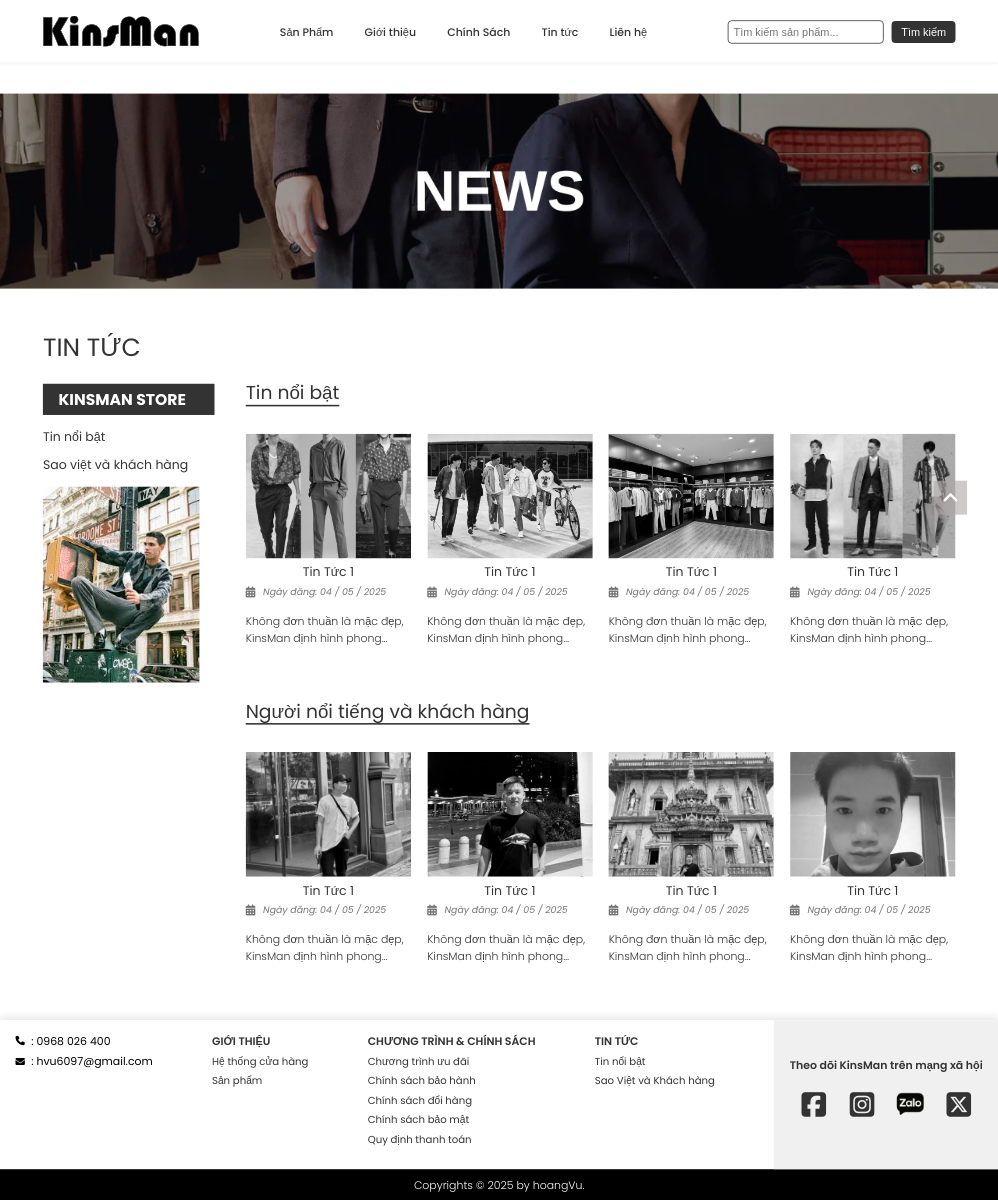
Repository: hoang28092000/kinsmanClothes
Page: category/news.html
An editor plug-in stored every save of this project. The page is shown before and after the next save, followed by the edit.
The browser window is 1280 px wide. The pictures show the whole page, at 78% of full size.

Above is the page before, as saved 2025-05-08 13:01:54.
Console error: TypeError: Cannot read properties of null (reading 'addEventListener')

### category/news.html
<!DOCTYPE html>
<html lang="en">
  <head>
    <meta charset="UTF-8" />
    <meta name="viewport" content="width=device-width, initial-scale=1.0" />
    <link rel="preconnect" href="https://fonts.googleapis.com" />
    <link rel="preconnect" href="https://fonts.gstatic.com" crossorigin />
    <link
      href="https://fonts.googleapis.com/css2?family=Poppins:ital,wght@0,100;0,200;0,300;0,400;0,500;0,600;0,700;0,800;0,900;1,100;1,200;1,300;1,400;1,500;1,600;1,700;1,800;1,900&display=swap"
      rel="stylesheet"
    />
    <link
      rel="stylesheet"
      href="https://cdnjs.cloudflare.com/ajax/libs/font-awesome/6.7.2/css/all.min.css"
      integrity="sha512-Evv84Mr4kqVGRNSgIGL/F/aIDqQb7xQ2vcrdIwxfjThSH8CSR7PBEakCr51Ck+w+/U6swU2Im1vVX0SVk9ABhg=="
      crossorigin="anonymous"
      referrerpolicy="no-referrer"
    />
    <link rel="stylesheet" href="../css/reset.css" />
    <link rel="stylesheet" href="../css/main.css" />
    <link rel="stylesheet" href="../css/product.css" />
    <title>KinsMan-Policy</title>
  </head>
  <body>
    <header class="header">
      <div class="container">
        <div class="content-header">
          <div class="logo">
            <a href="../index.html">
              <img
                src="../asset/logo/logo-kinsmann.svg"
                alt="KinsManClothes Logo"
              />
            </a>
          </div>
          <nav class="nav">
            <ul>
              <li><a href="./product.html">Sản Phẩm</a></li>
              <li><a href="./about-us.html">Giới thiệu</a></li>
              <li><a href="#">Chính Sách</a></li>
              <li><a href="./news.html">Tin tức</a></li>
              <li><a href="./contact.html">Liên hệ</a></li>
            </ul>
          </nav>
          <div class="search-box">
            <input type="text" placeholder="Tìm kiếm sản phẩm..." />
            <button type="submit">Tìm kiếm</button>
          </div>
        </div>
      </div>
    </header>

    <main class="main-news">
      <div class="banner-news">
        <img src="../asset/banner/banner-9.png" alt="" />
      </div>
      <div class="container">
        <h2 class="title-heading title-contact">TIN TỨC</h2>
        <div class="content-news">
          <div class="left">
            <h4>KINSMAN STORE</h4>
            <p>
              <a href="">Tin nổi bật</a>
            </p>
            <p>
              <a href="">Sao việt và khách hàng</a>
            </p>
            <div class="banner-left">
                <img src="../asset/image/md-1.jpg" alt="">

            </div>
          </div>
          <div class="right">
            <div class="body-news" id="">
              <h3 class="blog-heading">Tin nổi bật</h3>
              <div class="list-news">
                <article class="card-news">
                  <a href="">
                    <div class="img-news">
                        <img src="../asset/image/news-4.png" alt="" />
                    </div>
                    <h3 class="name-news"><a href="">
                        Tin Tức 1
                    </a></h3>
                  </a>
                  <div class="desc">
                    <div class="time-up">
                      <i class="fa-solid fa-calendar-days icon-time"></i>
                      <p class="desc-time">
                        Ngày đăng: 04 / 05 / 2025
                      </p>
                    </div>
                    <p class="desc_card-news">
                        Không đơn thuần là mặc đẹp, KinsMan định hình phong cách mới cho nam giới hiện đại: trẻ trung, khỏe khoắn và luôn sẵn sàng bứt phá. Từ áo thun basic đến sơ mi phối phá cách, mọi thiết kế đều hướng tới sự năng động trong từng chi tiết. Đặc biệt phù hợp với những chàng trai thích sự đơn giản nhưng vẫn “ăn điểm” trước đám đông.
                    </p>
                  </div>
                </article>
                <article class="card-news">
                  <a href="">
                    <div class="img-news">
                        <img src="../asset/image/news-2.webp" alt="" />
                    </div>
                    <h3 class="name-news"><a href="">
                        Tin Tức 1
                    </a></h3>
                  </a>
                  <div class="desc">
                    <div class="time-up">
                      <i class="fa-solid fa-calendar-days icon-time"></i>
                      <p class="desc-time">
                        Ngày đăng: 04 / 05 / 2025
                      </p>
                    </div>
                    <p class="desc_card-news">
                        Không đơn thuần là mặc đẹp, KinsMan định hình phong cách mới cho nam giới hiện đại: trẻ trung, khỏe khoắn và luôn sẵn sàng bứt phá. Từ áo thun basic đến sơ mi phối phá cách, mọi thiết kế đều hướng tới sự năng động trong từng chi tiết. Đặc biệt phù hợp với những chàng trai thích sự đơn giản nhưng vẫn “ăn điểm” trước đám đông.
                    </p>
                  </div>
                </article>
                <article class="card-news">
                  <a href="">
                    <div class="img-news">
                        <img src="../asset/image/news-3.jpg" alt="" />
                    </div>
                    <h3 class="name-news"><a href="">
                        Tin Tức 1
                    </a></h3>
                  </a>
                  <div class="desc">
                    <div class="time-up">
                      <i class="fa-solid fa-calendar-days icon-time"></i>
                      <p class="desc-time">
                        Ngày đăng: 04 / 05 / 2025
                      </p>
                    </div>
                    <p class="desc_card-news">
                        Không đơn thuần là mặc đẹp, KinsMan định hình phong cách mới cho nam giới hiện đại: trẻ trung, khỏe khoắn và luôn sẵn sàng bứt phá. Từ áo thun basic đến sơ mi phối phá cách, mọi thiết kế đều hướng tới sự năng động trong từng chi tiết. Đặc biệt phù hợp với những chàng trai thích sự đơn giản nhưng vẫn “ăn điểm” trước đám đông.
                    </p>
                  </div>
                </article>
                <article class="card-news">
                  <a href="">
                    <div class="img-news">
                        <img src="../asset/image/news-1.jpeg" alt="" />
                    </div>
                    <h3 class="name-news"><a href="">
                        Tin Tức 1
                    </a></h3>
                  </a>
                  <div class="desc">
                    <div class="time-up">
                      <i class="fa-solid fa-calendar-days icon-time"></i>
                      <p class="desc-time">
                        Ngày đăng: 04 / 05 / 2025
                      </p>
                    </div>
                    <p class="desc_card-news">
                        Không đơn thuần là mặc đẹp, KinsMan định hình phong cách mới cho nam giới hiện đại: trẻ trung, khỏe khoắn và luôn sẵn sàng bứt phá. Từ áo thun basic đến sơ mi phối phá cách, mọi thiết kế đều hướng tới sự năng động trong từng chi tiết. Đặc biệt phù hợp với những chàng trai thích sự đơn giản nhưng vẫn “ăn điểm” trước đám đông.
                    </p>
                  </div>
                </article>


              </div>
            </div>
            <div class="body-news" id="list-human">
              <h3 class="blog-heading">Người nổi tiếng và khách hàng</h3>
              <div class="list-news">
                <article class="card-news">
                  <a href="">
                    <div class="img-news">
                        <img src="../asset/image/celep-1.jpg" alt="" />
                    </div>
                    <h3 class="name-news"><a href="">
                        Tin Tức 1
                    </a></h3>
                  </a>
                  <div class="desc">
                    <div class="time-up">
                      <i class="fa-solid fa-calendar-days icon-time"></i>
                      <p class="desc-time">
                        Ngày đăng: 04 / 05 / 2025
                      </p>
                    </div>
                    <p class="desc_card-news">
                        Không đơn thuần là mặc đẹp, KinsMan định hình phong cách mới cho nam giới hiện đại: trẻ trung, khỏe khoắn và luôn sẵn sàng bứt phá. Từ áo thun basic đến sơ mi phối phá cách, mọi thiết kế đều hướng tới sự năng động trong từng chi tiết. Đặc biệt phù hợp với những chàng trai thích sự đơn giản nhưng vẫn “ăn điểm” trước đám đông.
                    </p>
                  </div>
                </article>
                <article class="card-news">
                  <a href="">
                    <div class="img-news">
                        <img src="../asset/image/celep-3.jpg" alt="" />
                    </div>
                    <h3 class="name-news"><a href="">
                        Tin Tức 1
                    </a></h3>
                  </a>
                  <div class="desc">
                    <div class="time-up">
                      <i class="fa-solid fa-calendar-days icon-time"></i>
                      <p class="desc-time">
                        Ngày đăng: 04 / 05 / 2025
                      </p>
                    </div>
                    <p class="desc_card-news">
                        Không đơn thuần là mặc đẹp, KinsMan định hình phong cách mới cho nam giới hiện đại: trẻ trung, khỏe khoắn và luôn sẵn sàng bứt phá. Từ áo thun basic đến sơ mi phối phá cách, mọi thiết kế đều hướng tới sự năng động trong từng chi tiết. Đặc biệt phù hợp với những chàng trai thích sự đơn giản nhưng vẫn “ăn điểm” trước đám đông.
                    </p>
                  </div>
                </article>
                <article class="card-news">
                  <a href="">
                    <div class="img-news">
                        <img src="../asset/image/celep-5.jpg" alt="" />
                    </div>
                    <h3 class="name-news"><a href="">
                        Tin Tức 1
                    </a></h3>
                  </a>
                  <div class="desc">
                    <div class="time-up">
                      <i class="fa-solid fa-calendar-days icon-time"></i>
                      <p class="desc-time">
                        Ngày đăng: 04 / 05 / 2025
                      </p>
                    </div>
                    <p class="desc_card-news">
                        Không đơn thuần là mặc đẹp, KinsMan định hình phong cách mới cho nam giới hiện đại: trẻ trung, khỏe khoắn và luôn sẵn sàng bứt phá. Từ áo thun basic đến sơ mi phối phá cách, mọi thiết kế đều hướng tới sự năng động trong từng chi tiết. Đặc biệt phù hợp với những chàng trai thích sự đơn giản nhưng vẫn “ăn điểm” trước đám đông.
                    </p>
                  </div>
                </article>
                <article class="card-news">
                  <a href="">
                    <div class="img-news">
                        <img src="../asset/image/celep-7.jpg" alt="" />
                    </div>
                    <h3 class="name-news"><a href="">
                        Tin Tức 1
                    </a></h3>
                  </a>
                  <div class="desc">
                    <div class="time-up">
                      <i class="fa-solid fa-calendar-days icon-time"></i>
                      <p class="desc-time">
                        Ngày đăng: 04 / 05 / 2025
                      </p>
                    </div>
                    <p class="desc_card-news">
                        Không đơn thuần là mặc đẹp, KinsMan định hình phong cách mới cho nam giới hiện đại: trẻ trung, khỏe khoắn và luôn sẵn sàng bứt phá. Từ áo thun basic đến sơ mi phối phá cách, mọi thiết kế đều hướng tới sự năng động trong từng chi tiết. Đặc biệt phù hợp với những chàng trai thích sự đơn giản nhưng vẫn “ăn điểm” trước đám đông.
                    </p>
                  </div>
                </article>


              </div>
            </div>
          </div>
        </div>
      </div>
    </main>
    <footer class="footer">
      <div class="content-footer">
        <ul class="info-footer">
          <li class="contact-footer">
            <i class="fa-solid fa-phone icon-footer"></i>
            <p>: 0968 026 400</p>
          </li>
          <li class="contact-footer">
            <i class="fa-solid fa-envelope icon-footer"></i>
            <p>: hvu6097@gmail.com</p>
          </li>
        </ul>
        <ul class="info-footer">
          <li class="title-footer">GIỚI THIỆU</li>
          <li>
            <a href="./about-us.html"> Hệ thống cửa hàng </a>
          </li>
          <li>
            <a href="#"> Sản phẩm </a>
          </li>
        </ul>
        <ul class="info-footer">
          <li class="title-footer">CHƯƠNG TRÌNH & CHÍNH SÁCH</li>
          <li>
            <a href="./policy.html">Chương trình ưu đãi</a>
          </li>
          <li>
            <a href="./policy.html">Chính sách bảo hành</a>
          </li>
          <li>
            <a href="./policy.html">Chính sách đổi hàng</a>
          </li>
          <li>
            <a href="./policy.html">Chính sách bảo mật</a>
          </li>
          <li>
            <a href="./policy.html">Quy định thanh toán</a>
          </li>
        </ul>
        <ul class="info-footer">
          <li class="title-footer">TIN TỨC</li>
          <li>
            <a href="./news.html">Tin nổi bật</a>
          </li>
          <li>
            <a href="./news.html">Sao Việt và Khách hàng</a>
          </li>
        </ul>
        <ul class="footer-social">
          <li class="title-footer">Theo dõi KinsMan trên mạng xã hội</li>
          <li class="links-social">
            <a href="https://www.facebook.com/profile.php?id=100008725181742">
              <i class="fa-brands fa-square-facebook icon-social"></i>
            </a>
            <a href="https://www.instagram.com/hoagkins/"
              ><i class="fa-brands fa-square-instagram icon-social"></i
            ></a>
            <a href="zalo.me/0968026400"
              ><img
                src="../asset/icon/icon-zalo2.png"
                class="img-zalo"
                alt="ZALO"
            /></a>
            <a href="https://x.com/kinsman2809"
              ><i class="fa-brands fa-square-x-twitter icon-social"></i
            ></a>
          </li>
        </ul>
      </div>
      <div class="copy_right">
        <h3>Copyrights © 2025 by hoangVu.</h3>
      </div>
    </footer>

    <div class="up-page">
      <a href="#"><i class="fa-solid fa-angle-up icon-up"></i></a>
    </div>

    <script src="./js/main.js"></script>
  </body>
</html>

### css/product.css
.main-product {
  margin-top: 80px;
}
.banner-product {
  width: 100%;
  height: 250px;
}
.banner-product img {
  width: 100%;
  height: 100%;
}
.category-product {
  margin-bottom: 70px;
}

.list-product {
  display: flex;
  justify-content: space-between;
  align-items: center;
  gap: 30px;
}
.product-link {
  text-decoration: none;
}
.product-card {
  width: 288px;
}
.img-product {
  width: 100%;
  height: 290px;
  overflow: hidden;
}
.img-product img {
  width: 100%;
  height: 100%;
  transition: transform 0.3s ease;
}
.img-product img:hover {
  transform: scale(1.1);
}
.info-card {
  padding: 10px 20px;
}
.info-card h3 {
  text-align: center;
  font-size: 1.6rem;
  color: var(--text-color);
}
.price {
  font-size: 1.4rem;
  color: var(--primary-color);
  font-weight: 600;
  text-align: center;
  margin-top: 8px;
}
.more-product {
  width: 160px;
  height: 40px;
  display: flex;
  justify-content: center;
  align-items: center;
  margin: 30px auto 0;
  background-color: #333;
  color: #fff;
  text-decoration: none;
  font-size: 1.4rem;
  border: 1px solid #333;
  transition: all 0.7s ease;
  border-radius: 5px;
}
.more-product:hover {
  background-color: #fff;
  color: #333;
}
.banner-main_second {
  width: 100%;
  height: 250px;
}

.banner-main_second img {
  width: 100%;
  height: 100%;
}

/* main_about-us */
.main-news,
.main-contact,
.main-policy,
.main_about-us {
  margin-top: 120px;
}
.content-policy .passage,
.content_about-us .passage {
  margin-bottom: 32px;
}
.content-policy h3,
.content_about-us h3 {
  font-size: 1.8rem;
  font-weight: 500;
  color: var(--text-color);
  line-height: 1.76;
  margin-bottom: 12px;
}
.content-policy p,
.content_about-us p {
  font-size: 1.6rem;
  color: #333;
  line-height: 1.85;
  margin-bottom: 10px;
  text-align: justify;
}

.map {
  position: relative;
  width: 100%;
  height: 400px;
  margin-top: 40px;
}
.map a {
  text-decoration: none;
}
.map img {
  width: 100%;
  height: 100%;
  object-fit: cover;
}
.overlay-map {
  position: absolute;
  top: 0;
  bottom: 0;
  right: 0;
  left: 0;
  display: none;
  background-color: rgba(73, 71, 71, 0.4);
}
.overlay-map h3 {
  font-size: 2.8rem;
  color: #fff;
}

.map:hover .overlay-map {
  display: flex;
  justify-content: center;
  align-items: center;
}

/* policy */
.content-policy ul {
  padding-left: 30px;
  list-style-type: disc;
}
.content-policy li {
  font-size: 1.6rem;
  color: #333;
  margin-bottom: 16px;
}
/* contact */
.banner-contact {
  width: 100%;
  height: 250px;
}
.banner-contact img {
  width: 100%;
  height: 100%;
  object-fit: cover;
}
.content-contact {
  margin-top: 70px;
}
.info-contact {
  display: flex;
  justify-content: space-between;
  align-items: center;
  gap: 60px;
}
.info-contact .left,
.info-contact .right {
  width: 550px;
}
.info-contact .left {
  padding: 20px 0;
}
.item-contact {
  display: flex;
  align-items: center;
  gap: 10px;
  margin-bottom: 20px;
}
.item-contact:last-child {
  margin-bottom: 0;
}
.item-contact i {
  font-size: 1.6rem;
  color: #333;
}
.item-contact p {
  font-size: 1.6rem;
  font-weight: 300;
  color: #333;
}

.info-contact .right img {
  width: 100%;
}
.map-contact {
  height: 250px;
}
.title-contact {
  text-align: start;
  margin-bottom: 30px;
}

/* news */
.banner-news {
  width: 100%;
  height: 250px;
  margin-bottom: 60px;
}
.banner-news img {
  width: 100%;
  height: 100%;
  object-fit: cover;
}
.content-news {
  display: flex;
  justify-content: space-between;
}
.content-news .left {
  width: 220px;
}

.content-news .left h4 {
  width: 100%;
  font-size: 2rem;
  color: #fff;
  font-weight: 700;
  background-color: #333;
  padding: 10px 20px;
  margin-bottom: 20px;
}
.content-news .left p {
  margin-bottom: 20px;
}
.content-news .left a {
  text-decoration: none;
  font-size: 1.6rem;
  color: #333;
}
.content-news .left a:hover {
  text-decoration: underline;
}

.content-news .right {
  flex: 1;
  margin-left: 40px;
}
.blog-heading {
  font-size: 2.4rem;
  color: #333;
  text-decoration: underline;
  text-underline-offset: 7px;
  text-decoration-thickness: 2px;
  margin-bottom: 40px;
}
.list-news {
  display: grid;
  grid-template-columns: repeat(4, 212px);
  gap: 20px;
}
.list-news .card-news {
  width: 100%;
}

.list-news .img-news {
  width: 100%;
  height: 160px;
  overflow: hidden;
}
.list-news .img-news img {
  width: 100%;
  height: 100%;
  object-fit: cover;
  transition: transform 0.3s ease;
}
.list-news .img-news img:hover {
  transform: scale(1.1);
}
.name-news {
  text-align: center;
  padding: 10px;
}
.name-news a {
  font-size: 1.6rem;
  color: #333;
  text-decoration: none;
}

.name-news a:hover {
  color: var(--primary-color);
}
.time-up {
  display: flex;
  align-items: center;
  gap: 10px;
  margin-bottom: 20px;
}
.icon-time {
  font-size: 1.4rem;
  color: #757272;
}
.desc-time {
  font-style: italic;
  color: #757272;
  font-size: 1.2rem;
}
.desc_card-news {
  display: -webkit-box;
  -webkit-line-clamp: 2;
  -webkit-box-orient: vertical;
  overflow: hidden;
  text-overflow: ellipsis;
  font-size: 1.4rem;
  color: #333;
  font-weight: 300;
  line-height: 1.57;
}

#list-human{
  margin-top: 70px;
}

Loaded but not shown: css/reset.css (common file); js/main.js (19 lines, source omitted); css/main.css (480 lines, source omitted)

After the next save:
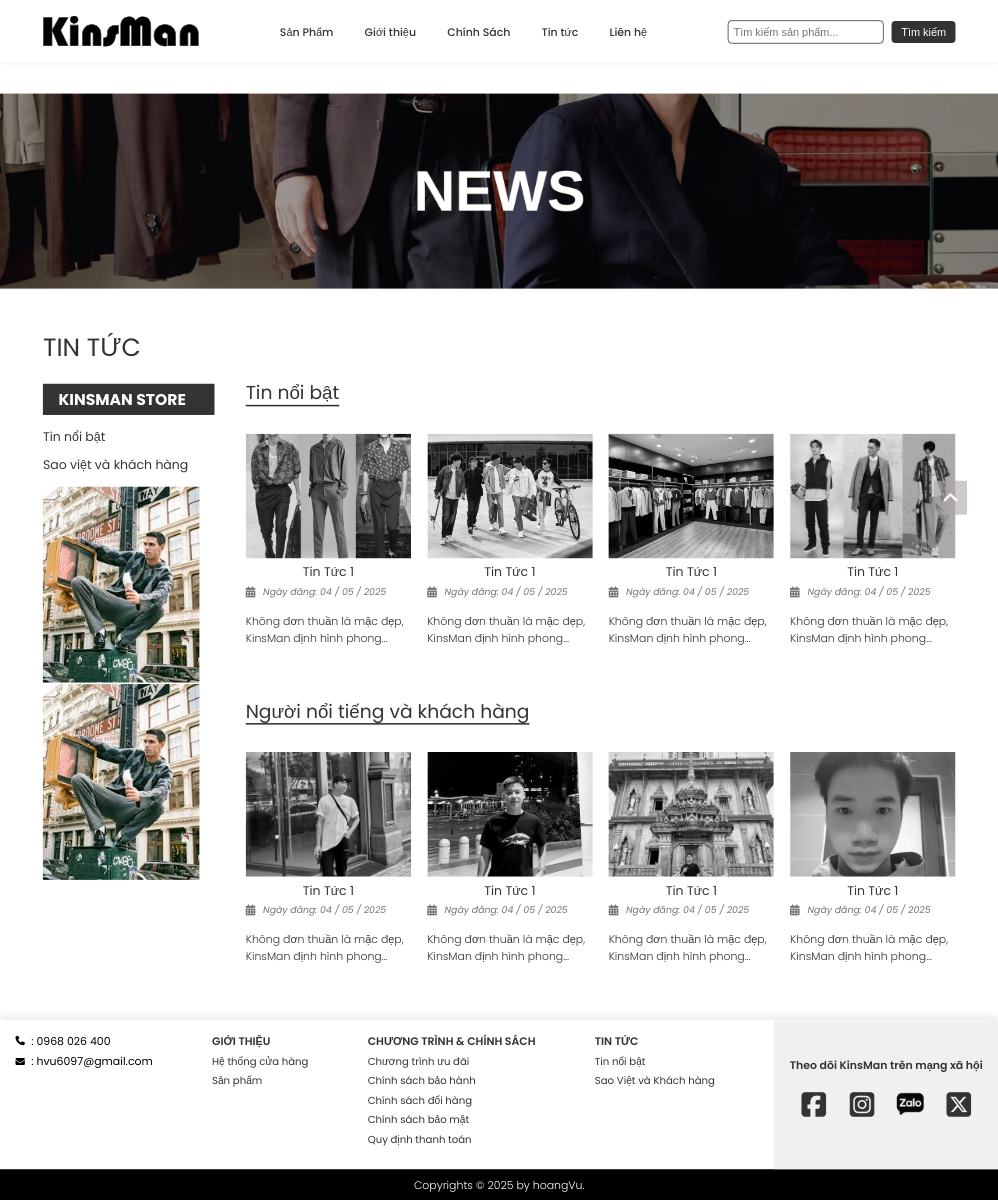
Saved 4 s later.
--- a/category/news.html
+++ b/category/news.html
@@ -69,6 +69,10 @@
                 <img src="../asset/image/md-1.jpg" alt="">
 
             </div>
+            <div class="banner-left">
+                <img src="../asset/image/md-1.jpg" alt="">
+
+            </div>
           </div>
           <div class="right">
             <div class="body-news" id="">
